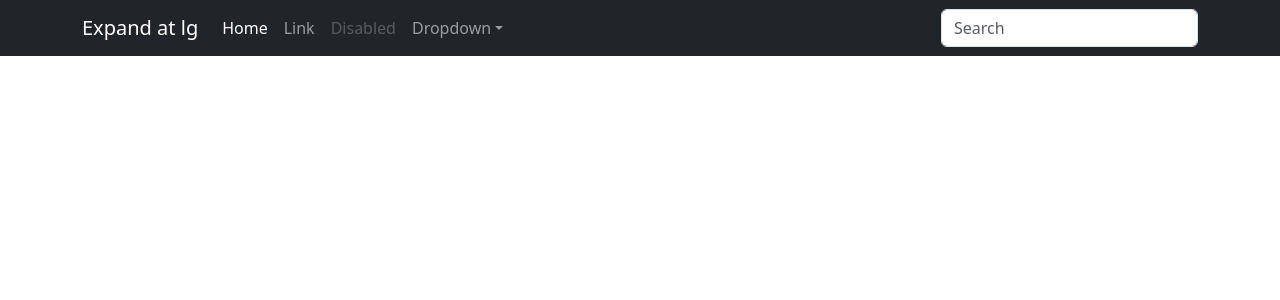
Repository: AcoGlezRojo/AcoGlezRojo.github.io
Page: docs/index.html
An editor plug-in stored every save of this project. The page is shown before and after the next save, followed by the edit.
The browser window is 1280 px wide. The pictures show the whole page.

Above is the page before, as saved 2023-06-28 21:20:49.

After the next save:
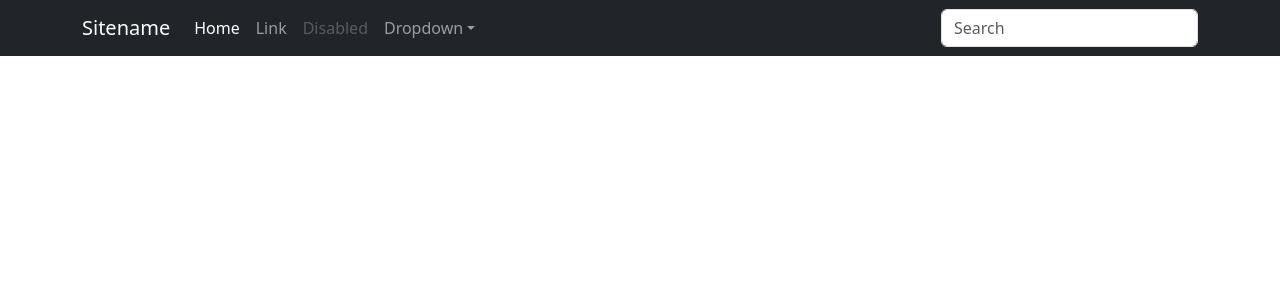
Saved 100 s later.
--- a/docs/index.html
+++ b/docs/index.html
@@ -18,7 +18,7 @@
 
     <nav class="navbar navbar-expand-lg navbar-dark bg-dark fixed-top" aria-label="Fifth navbar example">
         <div class="container">
-            <a class="navbar-brand" href="#">Expand at lg</a>
+            <a class="navbar-brand" href="#">Sitename</a>
             <button class="navbar-toggler" type="button" data-bs-toggle="collapse" data-bs-target="#navbarsExample05"
                 aria-controls="navbarsExample05" aria-expanded="false" aria-label="Toggle navigation">
                 <span class="navbar-toggler-icon"></span>
